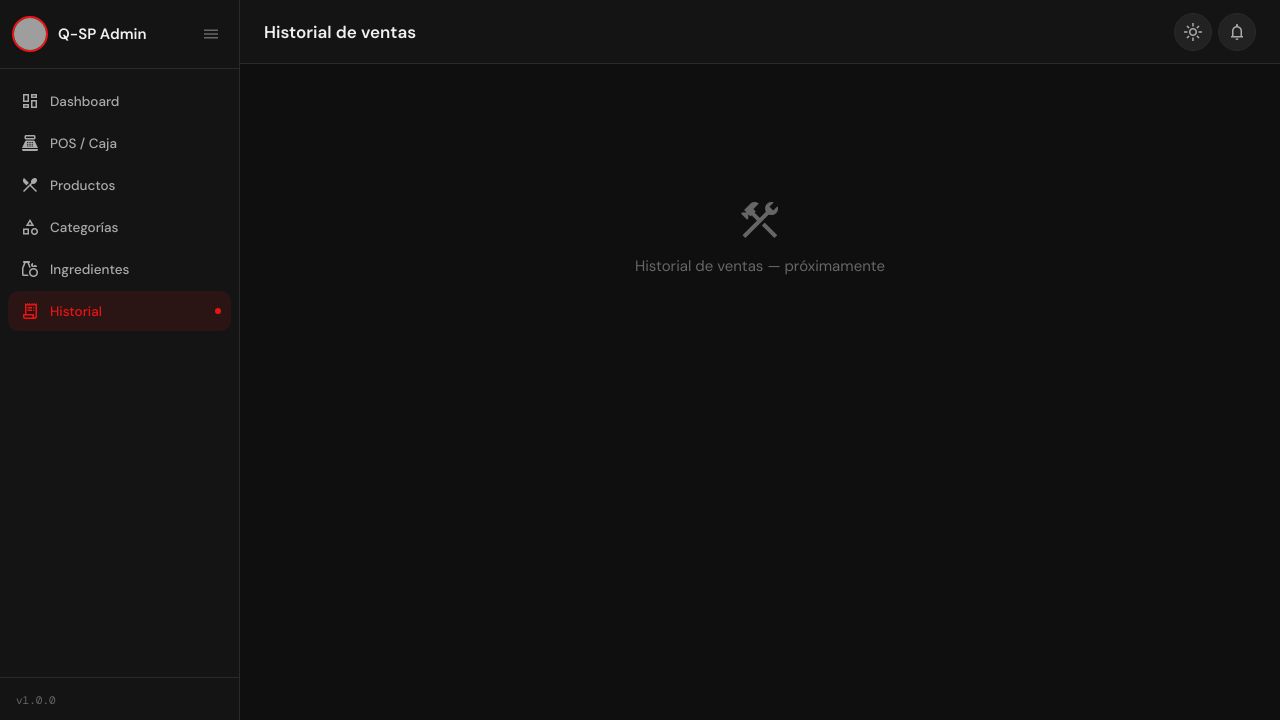
Repository: JhonnyDiaz4753/Admin_Q_sopa
Page: /ventas
The author's editor kept a copy of each file at every save. The page is drawn from the files as they stood at one save, then again after the next save.
The browser window is 1280 px wide. The pictures show the whole page.
Pictures or frames that could not be fetched are drawn as grey boxes. The project was rebuilt for these pictures with package versions that can differ from the ones it lists, and the page was loaded fresh each time. Also part of the build but not shown: vite.config.js, src/components/Dashboard/Dashboard.css, src/services/api.js, src/components/Dashboard/Dashboard.jsx.

Above is the page before, as saved 2026-03-13 20:51:49.

### index.html
<!doctype html>
<html lang="en">
  <head>
    <meta charset="UTF-8" />
    <link rel="icon" type="image/svg+xml" href="/favicon.svg" />
    <meta name="viewport" content="width=device-width, initial-scale=1.0" />
    <title>admin-q-sopa</title>
    <!-- Material Symbols -->
<link href="https://fonts.googleapis.com/css2?family=Material+Symbols+Outlined:opsz,wght,FILL,GRAD@20..48,100..700,0..1,-50..200" rel="stylesheet" />
<!-- Google Fonts -->
<link href="https://fonts.googleapis.com/css2?family=DM+Sans:wght@300;400;500;600&family=DM+Mono:wght@400;500&display=swap" rel="stylesheet" />
  </head>
  <body>
    <div id="root"></div>
    <script type="module" src="/src/main.jsx"></script>
  </body>
</html>

### src/main.jsx
import { StrictMode } from 'react'
import { createRoot } from 'react-dom/client'
import "./index.css"
import "./theme.css"
import App from './App.jsx'

createRoot(document.getElementById('root')).render(
  <StrictMode>
    <App />
  </StrictMode>,
)

### src/index.css
/* Reset limpio — todo lo maneja theme.css */
*, *::before, *::after {
  box-sizing: border-box;
  margin: 0;
  padding: 0;
}

### src/theme.css

:root {
  --accent:          #ec1313;
  --accent-hover:    #c40b0b;
  --accent-soft:     rgba(236,19,19,0.10);
  --accent-glow:     rgba(236,19,19,0.25);

  --bg-page:         #0f0f0f;
  --bg-sidebar:      #141414;
  --bg-card:         #1a1a1a;
  --bg-element:      #222222;
  --bg-input:        #1e1e1e;

  --border:          #2a2a2a;
  --border-light:    #333333;

  --text-1:          #f0f0f0;
  --text-2:          #aaaaaa;
  --text-3:          #666666;

  --success:         #22c55e;
  --warning:         #f59e0b;
  --info:            #3b82f6;

  --sidebar-w:       240px;
  --topbar-h:        64px;
  --radius:          10px;
  --radius-lg:       16px;

  --font-main:       'DM Sans', sans-serif;
  --font-mono:       'DM Mono', monospace;

  --transition:      background-color 0.25s ease, color 0.25s ease, border-color 0.25s ease;
}

html.light {
  --bg-page:         #f2f2f0;
  --bg-sidebar:      #ffffff;
  --bg-card:         #ffffff;
  --bg-element:      #f0f0ee;
  --bg-input:        #f7f7f5;

  --border:          #e5e5e0;
  --border-light:    #d8d8d3;

  --text-1:          #111111;
  --text-2:          #555555;
  --text-3:          #999999;
}

*, *::before, *::after {
  box-sizing: border-box;
  margin: 0;
  padding: 0;
  transition: var(--transition);
}

body {
  font-family: var(--font-main);
  background: var(--bg-page);
  color: var(--text-1);
  min-height: 100vh;
  font-size: 14px;
  -webkit-font-smoothing: antialiased;
}

#root {

  min-height: 100vh;
}

button { font-family: var(--font-main); cursor: pointer; }
input, select, textarea { font-family: var(--font-main); }
a { text-decoration: none; color: inherit; }

### src/App.jsx
import { BrowserRouter, Routes, Route } from "react-router-dom";
import "./theme.css";
import AdminLayout from "./components/AdminLayout";
import Dashboard   from "./components/Dashboard/Dashboard";


const Placeholder = ({ name }) => (
  <div style={{
    display: "flex", flexDirection: "column", alignItems: "center",
    justifyContent: "center", height: "40vh", gap: 12,
    color: "var(--text-3)"
  }}>
    <span className="material-symbols-outlined" style={{ fontSize: 48 }}>construction</span>
    <p style={{ fontSize: 15 }}>{name} — próximamente</p>
  </div>
);
function App() {

  return (
      <BrowserRouter>
      <Routes>
        <Route element={<AdminLayout />}>
          <Route index                   element={<Dashboard />} />
          <Route path="pos"              element={<Placeholder name="POS / Caja" />} />
          <Route path="productos"        element={<Placeholder name="Productos" />} />
          <Route path="categorias"       element={<Placeholder name="Categorías" />} />
          <Route path="ingredientes"     element={<Placeholder name="Ingredientes" />} />
          <Route path="ventas"           element={<Placeholder name="Historial de ventas" />} />
        </Route>
      </Routes>
    </BrowserRouter>
  );

}

export default App

### src/components/AdminLayout.jsx
import { useState } from "react";
import { Outlet, useLocation } from "react-router-dom";
import Sidebar from "./Sidebar/Sidebar";
import Topbar from "./Topbar/Topbar";
import "./AdminLayout.css";

const TITLES = {
  "/":            "Dashboard",
  "/pos":         "POS / Caja",
  "/productos":   "Productos",
  "/categorias":  "Categorías",
  "/ingredientes":"Ingredientes",
  "/ventas":      "Historial de ventas",
};

export default function AdminLayout() {
  const [collapsed, setCollapsed]       = useState(false);
  const [mobileOpen, setMobileOpen]     = useState(false);
  const { pathname } = useLocation();
  const title = TITLES[pathname] ?? "Admin";

  return (
    <div className="admin-shell">
      {/* Overlay móvil */}
      {mobileOpen && (
        <div className="mobile-overlay" onClick={() => setMobileOpen(false)} />
      )}

      <Sidebar
        collapsed={collapsed}
        onToggle={() => setCollapsed(c => !c)}
        mobileOpen={mobileOpen}
         onNavClick={() => setMobileOpen(false)}

      />

      <div className={`admin-main ${collapsed ? "sidebar-collapsed" : ""}`}>
        <Topbar
          title={title}
          onMobileMenu={() => setMobileOpen(o => !o)}
        />
        <main className="admin-content">
          <Outlet />
        </main>
      </div>
    </div>
  );
}

### src/components/Sidebar/Sidebar.jsx
import { NavLink } from "react-router-dom";
import "./Sidebar.css";
import logo from "../../assets/hero.png"; // ajusta la ruta a tu logo

const NAV = [
  { to: "/",           icon: "dashboard",       label: "Dashboard"   },
  { to: "/pos",        icon: "point_of_sale",   label: "POS / Caja"  },
  { to: "/productos",  icon: "restaurant_menu", label: "Productos"   },
  { to: "/categorias", icon: "category",        label: "Categorías"  },
  { to: "/ingredientes",icon:"grocery",         label: "Ingredientes"},
  { to: "/ventas",     icon: "receipt_long",    label: "Historial"   },
];

export default function Sidebar({ collapsed, onToggle, mobileOpen }) {
  return (
    <aside className={`sidebar ${collapsed ? "collapsed" : ""} ${mobileOpen ? "mobile-open" : ""}`}>
      {/* Header */}
      <div className="sidebar-header">
        <div className="sidebar-brand">
          <img src={logo} alt="logo" className="sidebar-logo" />
          {!collapsed && <span className="sidebar-name">Q-SP Admin</span>}
        </div>
        <button className="sidebar-toggle" onClick={onToggle} aria-label="toggle sidebar">
          <span className="material-symbols-outlined">
            {collapsed ? "menu_open" : "menu"}
          </span>
        </button>
      </div>

      {/* Nav */}
      <nav className="sidebar-nav">
        {NAV.map(item => (
          <NavLink
            key={item.to}
            to={item.to}
            end={item.to === "/"}
            className={({ isActive }) => `nav-item ${isActive ? "active" : ""}`}
            title={collapsed ? item.label : ""}
          >
            <span className="material-symbols-outlined nav-icon">{item.icon}</span>
            {!collapsed && <span className="nav-label">{item.label}</span>}
            {!collapsed && <span className="nav-indicator" />}
          </NavLink>
        ))}
      </nav>

      {/* Footer */}
      <div className="sidebar-footer">
        {!collapsed && <span className="sidebar-version">v1.0.0</span>}
      </div>
    </aside>
  );
}

### src/components/Topbar/Topbar.jsx
import "./Topbar.css";
import { useTheme } from "../../hooks/useTheme";

export default function Topbar({ title, onMobileMenu }) {
  const { theme, toggle } = useTheme();

  return (
    <header className="topbar">
      {/* Mobile menu btn */}
      <button className="topbar-menu-btn" onClick={onMobileMenu} aria-label="menu">
        <span className="material-symbols-outlined">menu</span>
      </button>

      <h1 className="topbar-title">{title}</h1>

      <div className="topbar-actions">
        {/* Theme toggle */}
        <button className="topbar-btn" onClick={toggle} title={theme === "dark" ? "Modo claro" : "Modo oscuro"}>
          <span className="material-symbols-outlined">
            {theme === "dark" ? "light_mode" : "dark_mode"}
          </span>
        </button>

        {/* Notifications placeholder */}
        <button className="topbar-btn" title="Notificaciones">
          <span className="material-symbols-outlined">notifications</span>
        </button>
      </div>
    </header>
  );
}

### src/components/AdminLayout.css
.admin-shell {
  display: flex;
  min-height: 100vh;
  background: var(--bg-page);
}

.mobile-overlay {
  position: fixed;
  inset: 0;
  background: rgba(0,0,0,0.6);
  backdrop-filter: blur(2px);
  z-index: 49;
}

/* ── Desktop: margin-left = ancho del sidebar ── */
.admin-main {
  margin-left: var(--sidebar-w);
  flex: 1;
  display: flex;
  flex-direction: column;
  min-height: 100vh;
  transition: margin-left 0.25s cubic-bezier(0.4,0,0.2,1);
}

.admin-main.sidebar-collapsed {
  margin-left: 64px;
}

.admin-content {
  flex: 1;
  padding: 28px;
}

/* ── Mobile: sin margin, sidebar flota encima ── */
@media (max-width: 768px) {
  .admin-main,
  .admin-main.sidebar-collapsed {
    margin-left: 0 !important;
  }
  .admin-content {
    padding: 16px;
  }
}

### src/components/Sidebar/Sidebar.css
.sidebar {
  width: var(--sidebar-w);
  min-height: 100vh;
  background: var(--bg-sidebar);
  border-right: 1px solid var(--border);
  display: flex;
  flex-direction: column;
  position: fixed;
  top: 0; left: 0; bottom: 0;
  z-index: 50;
  transition: width 0.25s cubic-bezier(0.4,0,0.2,1),
              transform 0.25s cubic-bezier(0.4,0,0.2,1);
  overflow: hidden;
}

/* Desktop: colapsado */
.sidebar.collapsed { width: 64px; }

/* Header */
.sidebar-header {
  display: flex;
  align-items: center;
  justify-content: space-between;
  padding: 16px 12px;
  border-bottom: 1px solid var(--border);
  min-height: var(--topbar-h);
}

.sidebar-brand {
  display: flex;
  align-items: center;
  gap: 10px;
  overflow: hidden;
}

.sidebar-logo {
  width: 36px;
  height: 36px;
  border-radius: 50%;
  object-fit: cover;
  border: 2px solid var(--accent);
  flex-shrink: 0;
}

.sidebar-name {
  font-size: 15px;
  font-weight: 600;
  color: var(--text-1);
  white-space: nowrap;
}

.sidebar-toggle {
  background: none;
  border: none;
  color: var(--text-3);
  width: 32px;
  height: 32px;
  border-radius: 8px;
  display: flex;
  align-items: center;
  justify-content: center;
  flex-shrink: 0;
}
.sidebar-toggle:hover { background: var(--bg-element); color: var(--text-1); }
.sidebar-toggle .material-symbols-outlined { font-size: 20px; }

/* Nav */
.sidebar-nav {
  flex: 1;
  padding: 12px 8px;
  display: flex;
  flex-direction: column;
  gap: 2px;
  overflow-y: auto;
  scrollbar-width: none;
}
.sidebar-nav::-webkit-scrollbar { display: none; }

.nav-item {
  display: flex;
  align-items: center;
  gap: 10px;
  padding: 10px 12px;
  border-radius: var(--radius);
  color: var(--text-2);
  position: relative;
  white-space: nowrap;
  overflow: hidden;
}
.nav-item:hover { background: var(--bg-element); color: var(--text-1); }
.nav-item.active { background: var(--accent-soft); color: var(--accent); }

.nav-icon { font-size: 20px; flex-shrink: 0; }
.nav-label { font-size: 13.5px; font-weight: 500; }

.nav-indicator {
  position: absolute;
  right: 10px;
  width: 6px; height: 6px;
  border-radius: 50%;
  background: var(--accent);
  opacity: 0;
}
.nav-item.active .nav-indicator { opacity: 1; }

/* Footer */
.sidebar-footer {
  padding: 12px 16px;
  border-top: 1px solid var(--border);
}
.sidebar-version { font-size: 11px; color: var(--text-3); font-family: var(--font-mono); }

/* ── MOBILE ≤768px: sidebar oculto por defecto, visible con .mobile-open ── */
@media (max-width: 768px) {
  .sidebar {
    transform: translateX(-100%);
    width: var(--sidebar-w) !important; /* siempre ancho completo en móvil */
  }
  .sidebar.mobile-open {
    transform: translateX(0);
  }
  /* Ocultar botón collapse en móvil — no tiene sentido */
  .sidebar-toggle { display: none; }
}

/* ── DESKTOP ≥769px: sidebar siempre visible, nunca translateX ── */
@media (min-width: 769px) {
  .sidebar {
    transform: translateX(0) !important;
  }
}

### src/components/Topbar/Topbar.css
.topbar {
  height: var(--topbar-h);
  background: var(--bg-sidebar);
  border-bottom: 1px solid var(--border);
  display: flex;
  align-items: center;
  padding: 0 24px;
  gap: 16px;
  position: sticky;
  top: 0;
  z-index: 40;
}

.topbar-menu-btn {
  display: none;
  background: none;
  border: none;
  color: var(--text-2);
  width: 36px;
  height: 36px;
  border-radius: 8px;
  align-items: center;
  justify-content: center;
}

.topbar-title {
  font-size: 17px;
  font-weight: 600;
  color: var(--text-1);
  flex: 1;
}

.topbar-actions {
  display: flex;
  align-items: center;
  gap: 6px;
}

.topbar-btn {
  width: 38px;
  height: 38px;
  border-radius: 50%;
  background: var(--bg-element);
  border: 1px solid var(--border);
  color: var(--text-2);
  display: flex;
  align-items: center;
  justify-content: center;
  transition: all 0.2s;
}
.topbar-btn:hover {
  border-color: var(--accent);
  color: var(--accent);
}
.topbar-btn .material-symbols-outlined { font-size: 20px; }

@media (max-width: 768px) {
  .topbar-menu-btn { display: flex; }
  .topbar { padding: 0 16px; }
}

### src/hooks/useTheme.js
import { useState, useEffect } from "react";

export function useTheme() {
  const [theme, setTheme] = useState(
    () => localStorage.getItem("admin-theme") ?? "dark"
  );

  useEffect(() => {
    document.documentElement.classList.toggle("light", theme === "light");
    localStorage.setItem("admin-theme", theme);
  }, [theme]);

  const toggle = () => setTheme(t => t === "dark" ? "light" : "dark");

  return { theme, toggle };
}

After the next save:
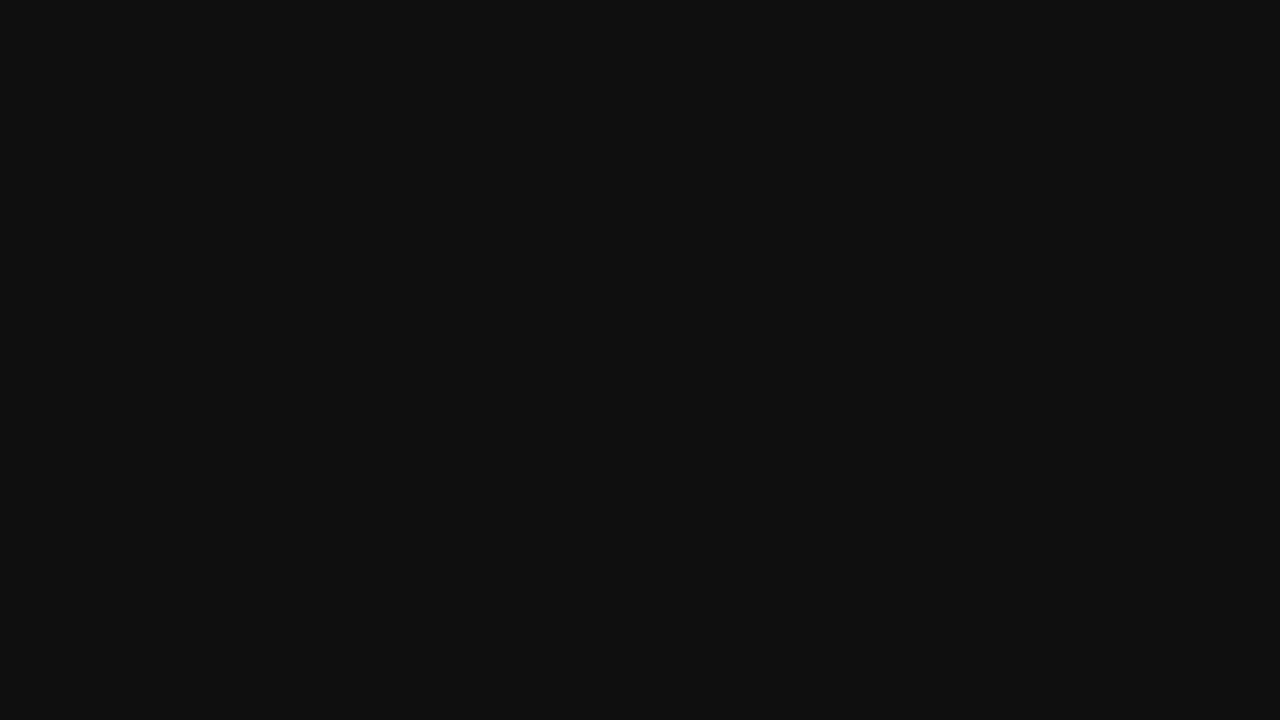
Console error: ReferenceError: onNavClick is not defined
Saved 3 min 23 s later.
--- a/src/components/Sidebar/Sidebar.jsx
+++ b/src/components/Sidebar/Sidebar.jsx
@@ -35,6 +35,7 @@
             to={item.to}
             end={item.to === "/"}
             className={({ isActive }) => `nav-item ${isActive ? "active" : ""}`}
+             onClick={onNavClick}
             title={collapsed ? item.label : ""}
           >
             <span className="material-symbols-outlined nav-icon">{item.icon}</span>

After the save that followed:
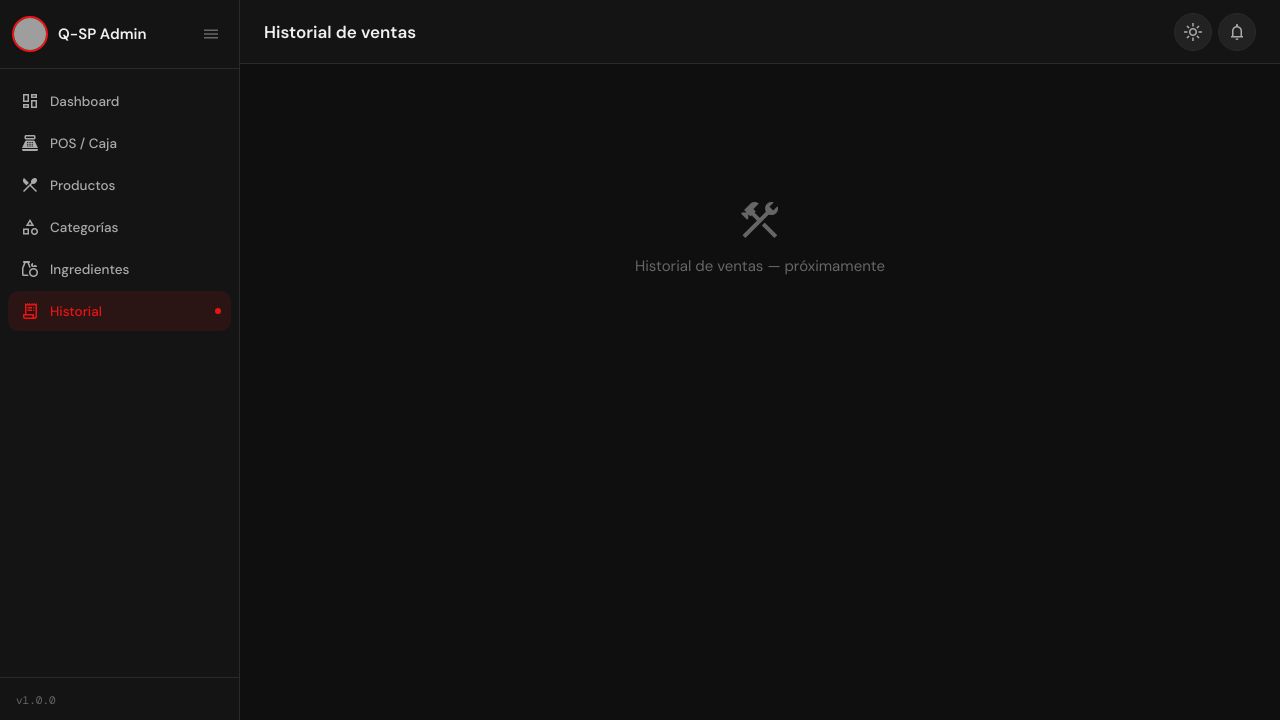
The error is gone.
Saved 21 s later.
--- a/src/components/Sidebar/Sidebar.jsx
+++ b/src/components/Sidebar/Sidebar.jsx
@@ -35,7 +35,6 @@
             to={item.to}
             end={item.to === "/"}
             className={({ isActive }) => `nav-item ${isActive ? "active" : ""}`}
-             onClick={onNavClick}
             title={collapsed ? item.label : ""}
           >
             <span className="material-symbols-outlined nav-icon">{item.icon}</span>
